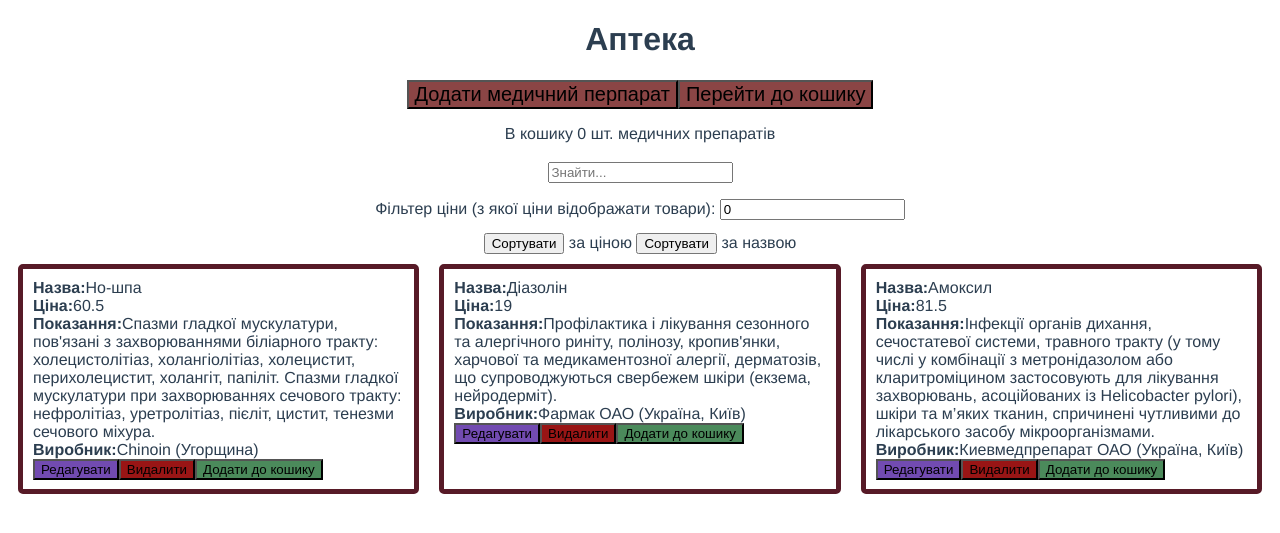
Repository: kristinap8/pharmacy
Page: /
These files come from the project's save history. The page is drawn as it stood at one moment and after the next save; the edit follows.
The browser window is 1280 px wide. The pictures show the whole page.
The project was rebuilt for these pictures with package versions that can differ from the ones it lists, and the page was loaded fresh each time. Also part of the build but not shown: src/components/AddMedicineForm/index.vue, src/pages/AddMedicine/index.vue, src/components/EditMedicineForm/index.vue, src/pages/EditMedicine/index.vue, src/components/CartForm/index.vue, src/pages/Cart/index.vue.

Above is the page before, as saved 2020-12-10 10:36:28.

After the next save:
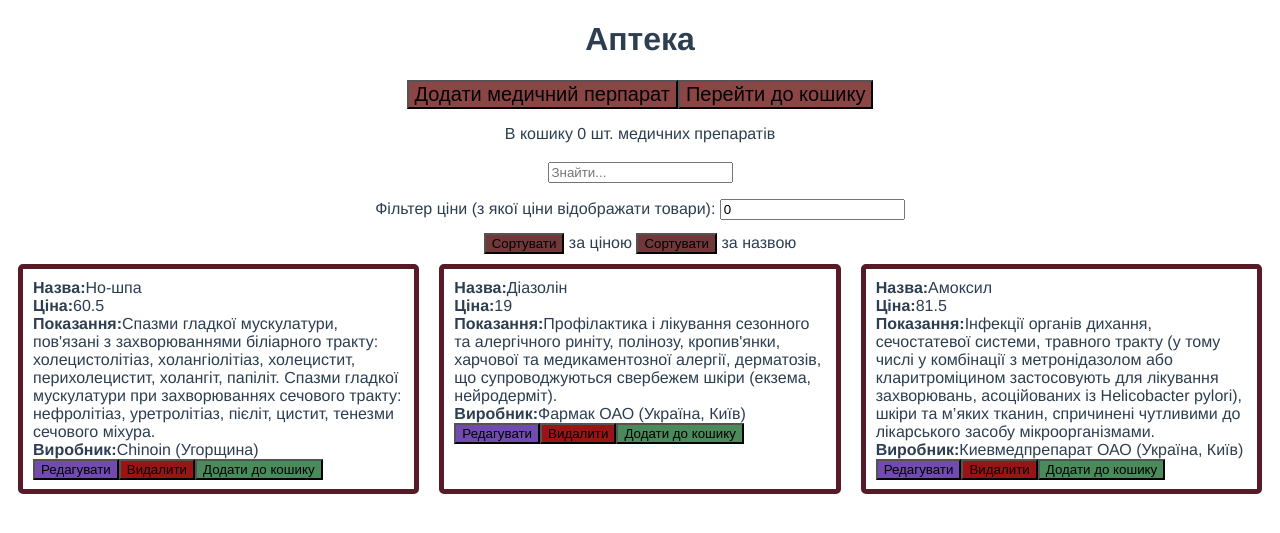
Saved 39 s later.
--- a/src/components/MedicinesList/index.vue
+++ b/src/components/MedicinesList/index.vue
@@ -85,4 +85,7 @@ import MedicineCard from "./MedicineCard"
   .sort{
       text-align: center;
   }
+  #s{
+      background:rgb(112, 56, 56);
+  }
 </style>
